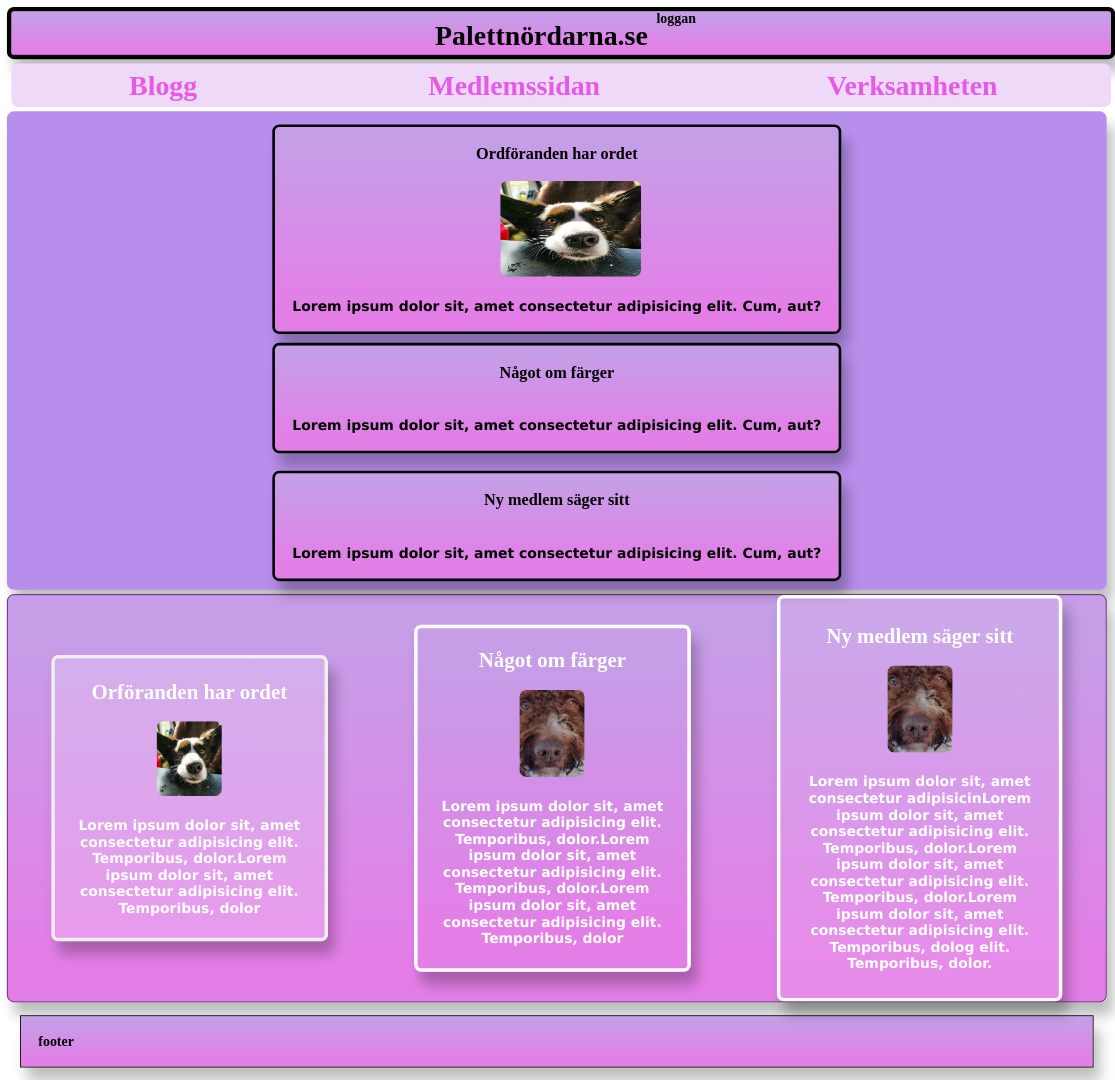
Repository: Webutveckling-20-21/lektion-3-CSS
Page: index.html
These files come from the project's save history. The page is drawn as it stood at one moment and after the next save; the edit follows.
The browser window is 1280 px wide. The page is 1282 px wide, so the pictures cover 1282 px, including what lies to the right of the window. The pictures show the whole page, at 87% of full size.
Some web fonts or font styles are not loaded; a fallback is used.

Above is the page before, as saved 2021-10-02 16:35:38.

### index.html
<!DOCTYPE html>
<html lang="en">

<head>
    <meta charset="UTF-8">
    <meta http-equiv="X-UA-Compatible" content="IE=edge">
    <meta name="viewport" content="width=device-width, initial-scale=1.0">
    <link rel="stylesheet" href="style.css">
    <title>lektion 3</title>
</head>

<body>
    <div class="header">
       <h1>Palettnördarna.se</h1>
       <div class="logo">
           loggan
       </div>

    </div>

    <ul class="navbar">

            <li class="nav-list"> <a href="index.html">Blogg</a></li>
            <li><a href="#">Medlemssidan</a></li>
            <li><a href="#">Verksamheten</a></li>

        </ul>

    <div class="main-center">

        <div class="article1">
            <h3>Ordföranden har ordet</h3>
            <img src="images/ord.jpg" class="thumbnail" height="110" width="110" alt="Bild på ordföranden">
            <p>Lorem ipsum dolor sit, amet consectetur adipisicing elit. Cum, aut?</p>
        </div>
        <div class="article2">
            <h3>Något om färger</h3>
            <p>Lorem ipsum dolor sit, amet consectetur adipisicing elit. Cum, aut?</p>
        </div>
        <div class="article3">
            <h3>Ny medlem säger sitt</h3>
            <p>Lorem ipsum dolor sit, amet consectetur adipisicing elit. Cum, aut?</p>
        </div>
    </div>
    <div class="box">
        <div class="blue">
            <h2>Orföranden har ordet</h2>
            <!-- <p>Lorem ipsum dolor sit amet consectetur adipisicing elit. Praesentium, laboriosam.Lorem ipsum dolor sit, amet consectetur adipisicing elit. Temporibus, dolor </p> -->
            <div class="images">
                <!-- <h2>Bilder</h2> -->
                <img src="images/ord.jpg" alt="bild">
                <p>Lorem ipsum dolor sit, amet consectetur adipisicing elit. Temporibus, dolor.Lorem ipsum dolor sit, amet consectetur adipisicing elit. Temporibus, dolor</p>
            </div>
        </div>
        <div class="green">
            <h2>Något om färger</h2>
            <!-- <p>Lorem ipsum dolor sit amet consectetur adipisicing elit. Praesentium, laboriosam. </p> -->
            <div class="images">
                <!-- <h2>Bilder</h2> -->
                <img src="images/olle.jpg" alt="bild">
                <p>Lorem ipsum dolor sit, amet consectetur adipisicing elit. Temporibus, dolor.Lorem ipsum dolor sit, amet consectetur adipisicing elit. Temporibus, dolor.Lorem ipsum dolor sit, amet consectetur adipisicing elit. Temporibus, dolor</p>
            </div>
        </div>
        <div class="red">
            <h2>Ny medlem säger sitt</h2>
            <!-- <div><p>Lorem ipsum dolor sit amet consectetur adipisicing elit. Praesentium, laboriosam.</p> -->
                <div class="images">
                <!---<h2>Bilder</h2>------>
                    <img src="images/olle.jpg" alt="bild">
                    <p>Lorem ipsum dolor sit, amet consectetur adipisicinLorem ipsum dolor sit, amet consectetur adipisicing elit. Temporibus, dolor.Lorem ipsum dolor sit, amet consectetur adipisicing elit. Temporibus, dolor.Lorem ipsum dolor sit, amet consectetur adipisicing elit. Temporibus, dolog elit. Temporibus, dolor.</p>
                </div>
            </div>
        </div>
    </div>
</body>
<div class="footer-place"> footer</div>





</html>

### style.css
@import url('https://fonts.googleapis.com/css2?family=Grechen+Fuemen&display=swap');

body {
    font-family: 'Grechen Fuemen', cursive;
    font-weight: bolder;
}
.header{
    display:flex;
    width: 100%;
    height:50px;
    border:5px solid black;
    background: linear-gradient(to bottom, #c69de7 10%, #e47ee7 90%);
    box-shadow: 7.6px 15.2px 15.2px hsl(0deg 0% 0% / 0.26);
    border-radius:8px;
    justify-content: center;
}
.header h1 {
    margin:10px;
}

.navbar {
    width: 100%;
    height: 50px;
    display: flex;
    align-items: center;
    justify-content: space-around;
    background-color: #eed9f8;
    margin: 5px;
    border-radius:8px;
}

ul {

    list-style-type: none;
    display: flex;
    margin: 0;
    padding: 0;
    overflow: hidden;
}

.nav-list {
    margin: 5px;
}

a {
    text-decoration: none;
    font-size: 2rem;
    color:rgb(230, 90, 230);

}

a:hover {
    color:rgb(53, 5, 53);
}
.thumbnail:hover {
    position:relative;
    top:-20px;
    left:-30px;
    width:500px;
    height:auto;
    display:block;
    z-index:999;
}
/* <img src="[your hosted image URL]" class="thumbnail" height="100" width="100" />  */



.box {
    background: linear-gradient(to bottom, #c69de7 10%, #e47ee7 90%);
    /* height:200px; */
    display: flex;
    max-width: 100%;
    align-items: center;
    justify-content: center;
    border: 1px solid rgb(86, 5, 102);
    border-radius: 8px;
    flex-wrap: wrap;
    justify-content: center;
    /* opacity: 0.5; */
    box-shadow: 7.6px 15.2px 15.2px hsl(0deg 0% 0% / 0.26);
}

.blue {

   /* background: linear-gradient(to bottom, #c69de7 10%, #e47ee7 90%);*/
    max-width: 300px;
    background-color:rgba(255,255,255,0.2) ;
    margin: auto;
    border: 4px solid rgb(241, 238, 238);
    color: white;
    text-align: center;
    border-radius: 8px;
    justify-content: center;
    padding: 5px;
    box-shadow: 7.6px 15.2px 15.2px hsl(0deg 0% 0% / 0.26);


}

.green {

    background: linear-gradient(to bottom, #c69de7 10%, #e47ee7 90%);
    max-width: 300px;
    margin: auto;
    border: 4px solid white;
    color: white;
    text-align: center;
    border-radius: 8px;
    justify-content: center;
    padding: 5px;
    box-shadow: 7.6px 15.2px 15.2px hsl(0deg 0% 0% / 0.26);


}

.red {

    /*background: linear-gradient(to bottom, #c69de7 10%, #e47ee7 90%);*/
    max-width: 300px;
    margin: auto;
    color: white;
    text-align: center;
    border: 4px solid white;
    background:rgba(255,255,255,0.1);

    border-radius: 8px;
    justify-content: center;
    padding: 10px;
    box-shadow: 7.6px 15.2px 15.2px hsl(0deg 0% 0% / 0.26);

}

img {
    width: 25%;
    border-radius: 8px;
    max-width: 300px;
    margin: auto;
}

h2 {
    justify-content: center;
}

.main-center h3 {
    justify-content: center;
}
p{
    font-size: medium;
}

.main-center {
    display: flex;
    flex-direction: row;
    flex-wrap: wrap;
    /* border: 1px solid black; */
    border-radius: 8px;
    align-items: center;
    justify-content: center;
    background-color: rgb(183, 142, 236);
    box-shadow: 7.6px 15.2px 15.2px hsl(0deg 0% 0% / 0.26);
    margin-bottom: 5px;
}

.article1{
    margin-top:15px;
    border: 3px solid black;
    border-radius: 8px;
    justify-content: center;
    align-items: center;
    background: linear-gradient(to bottom, #c69de7 10%, #e47ee7 90%);
    box-shadow: 7.6px 15.2px 15.2px hsl(0deg 0% 0% / 0.26);

}
.article1 img {
    border-radius: 8px;
    margin-left: 40% ;
    margin-right: -50% ;

}

.article2 {
    margin: 10px;
    border: 3px solid black;
    justify-content: center;
    align-items: center;
    border-radius:8px;

    box-shadow: 7.6px 15.2px 15.2px hsl(0deg 0% 0% / 0.26);
    background: linear-gradient(to bottom, #c69de7 10%, #e47ee7 90%);

}

.article3 {
    margin: 10px;
    border: 3px solid black;
    justify-content: center;
    align-items: center;
    border-radius: 8px;
    background: linear-gradient(to bottom, #c69de7 10%, #e47ee7 90%);
    box-shadow: 7.6px 15.2px 15.2px hsl(0deg 0% 0% / 0.26);
}

h3 {
    margin: auto;
}

p {
    text-align: center;
    margin: 10px;
    padding: 10px;
    font-family: 'Lucida Sans', 'Lucida Sans Regular', 'Lucida Grande', 'Lucida Sans Unicode', Geneva, Verdana, sans-serif;

}

h3 {
    padding: 20px;
    text-align: center;
}

.footer-place {
    padding: 20px;
    margin: 15px;
    border: 1px solid black;
    background: linear-gradient(to bottom, #c69de7 10%, #e47ee7 90%);
    box-shadow: 7.6px 15.2px 15.2px hsl(0deg 0% 0% / 0.26);
}

After the next save:
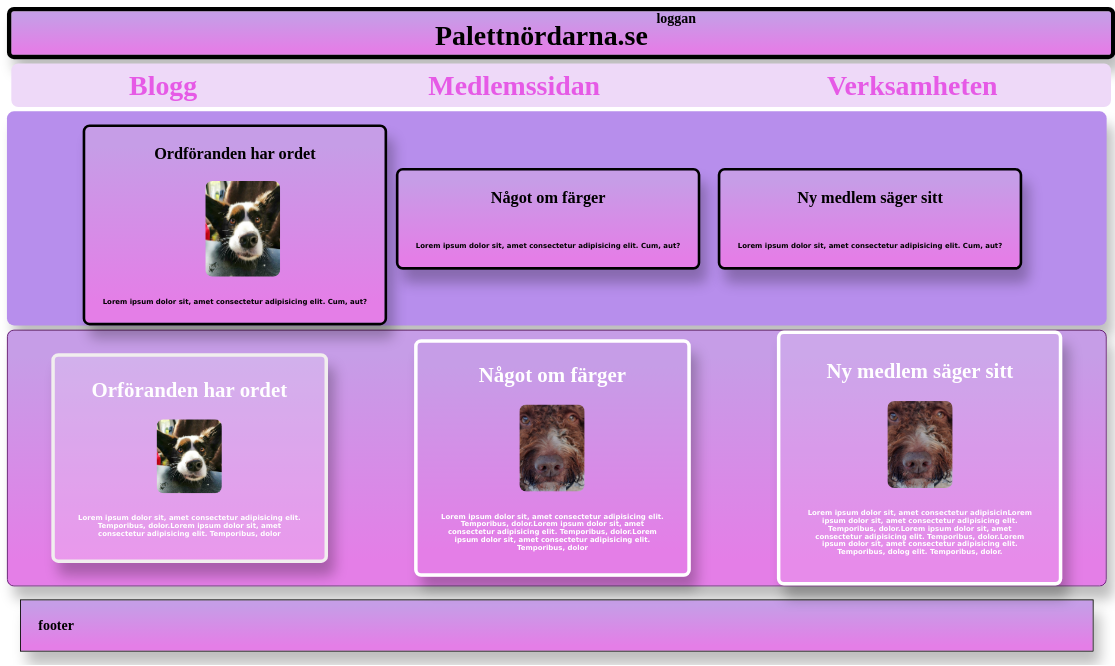
Saved 17 s later.
--- a/style.css
+++ b/style.css
@@ -145,7 +145,7 @@
     justify-content: center;
 }
 p{
-    font-size: medium;
+    font-size: 0.5rem;
 }
 
 .main-center {

After the save that followed:
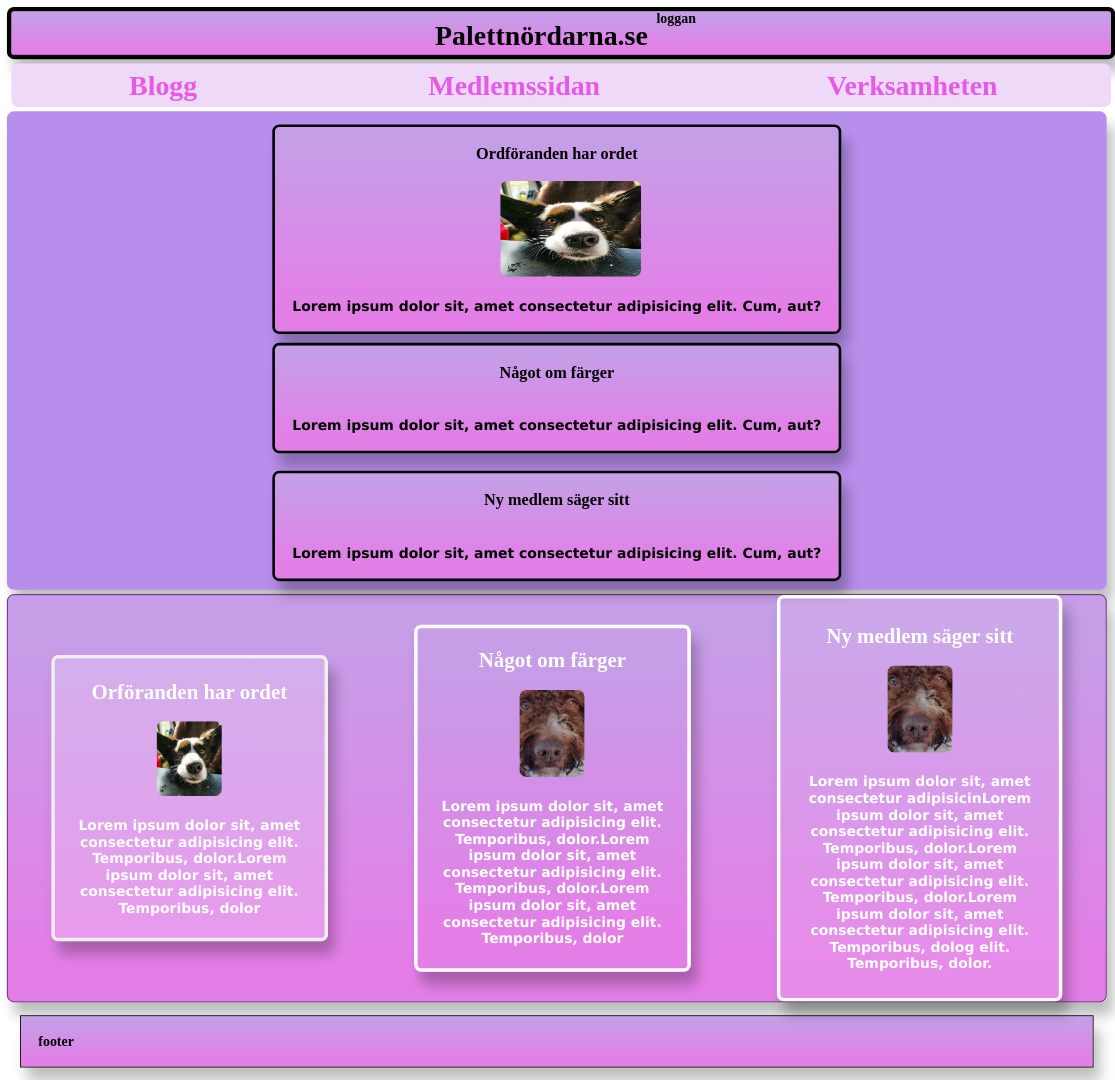
Saved 12 s later.
--- a/style.css
+++ b/style.css
@@ -145,7 +145,7 @@
     justify-content: center;
 }
 p{
-    font-size: 0.5rem;
+    font-size: 1rem;
 }
 
 .main-center {
